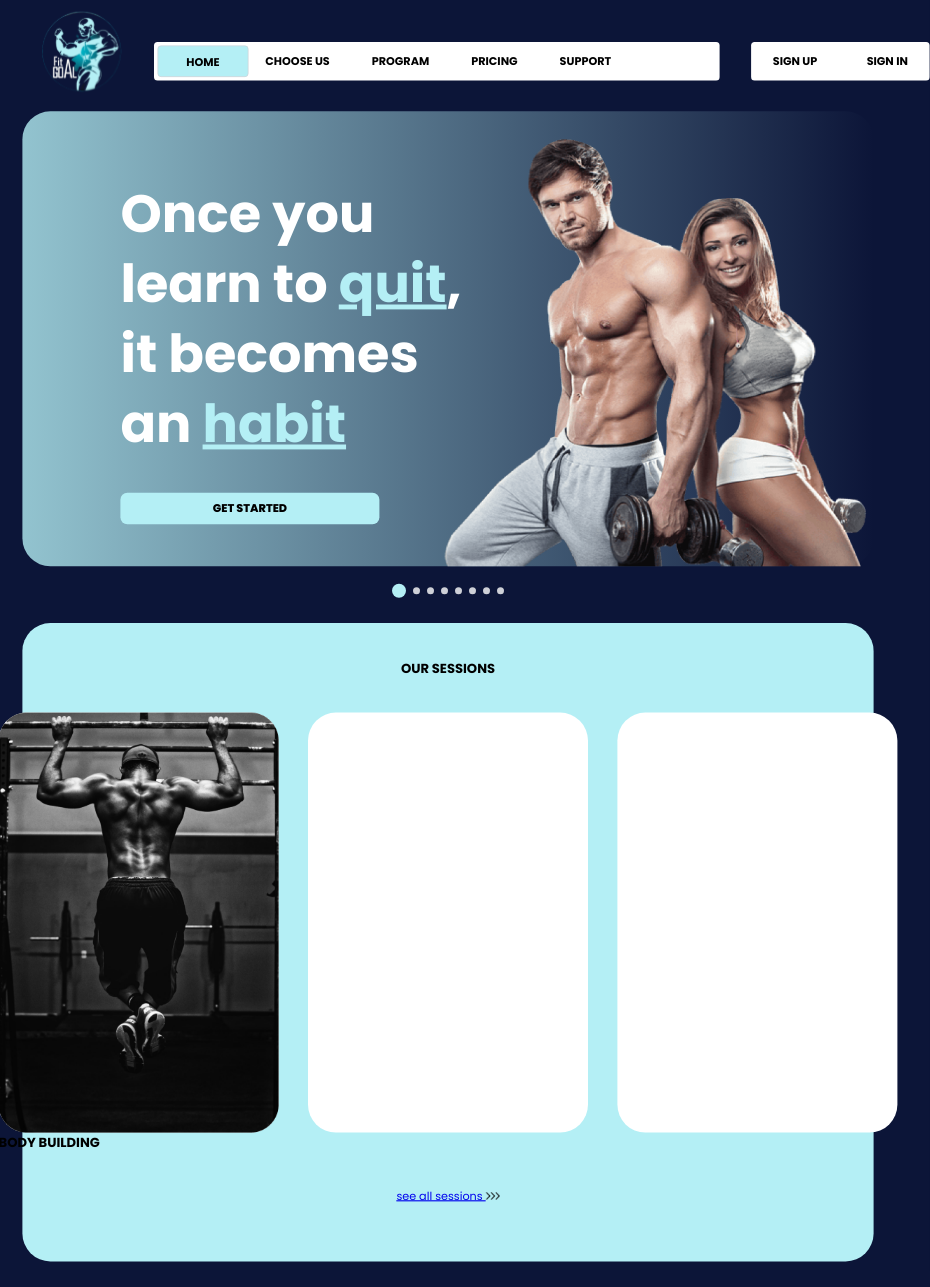
Repository: Rellzcodez/Group1-Team8
Page: index.html
An editor plug-in stored every save of this project. The page is shown before and after a run of saves, followed by the edit.
The browser window is 1280 px wide. The page is 1328 px wide, so the pictures cover 1328 px, including what lies to the right of the window. The pictures show the whole page, at 70% of full size.

Above is the page before, as saved 2022-08-29 11:53:43.

After the next 2 saves:
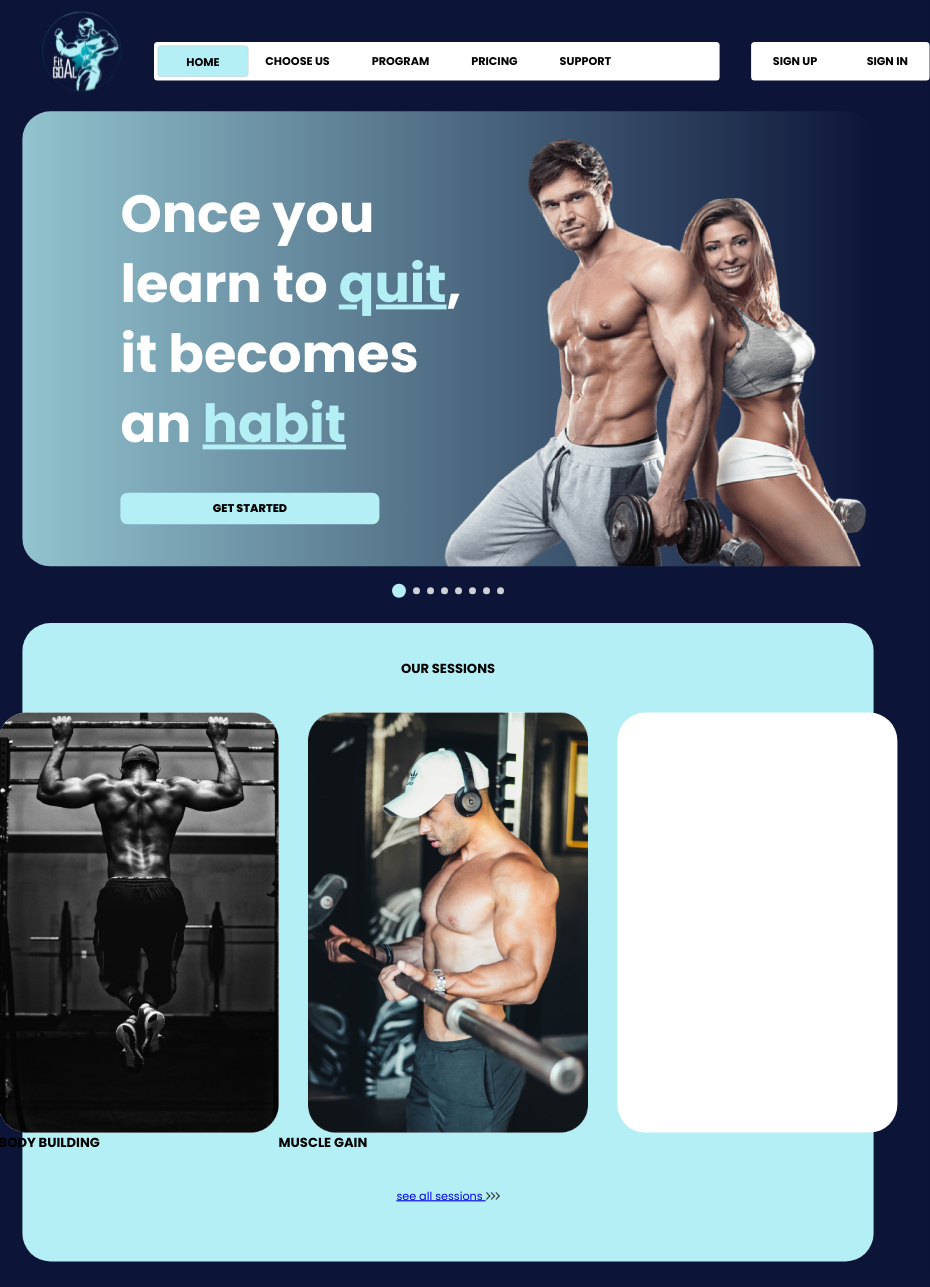
The 2 saves are shown as one change because they came seconds apart.
The last was saved 49 min 14 s later.
--- a/index.html
+++ b/index.html
@@ -79,7 +79,15 @@
                     <label class="body-building-lable" for="section"><h3>BODY BUILDING</h3></label>
 
                 </div>
-                    <div class="muscle-gain session-item"></div>
+
+                    <div class="muscle-gain-wrapper">
+                    <div class="muscle-gain session-item">
+                        <img src="images/muscle-gain-sess.png" alt="muscle-gain">
+                    </div>
+                    <label class="muscle-gain-label" for="section"><h3>MUSCLE GAIN</h3></label>
+                </div>
+
+
                     <div class="weight-loss session-item"></div>
                 </div>
                 <label class="see-all-session-lable" for="section"><a href="#"><u>see all sessions <span class="arrow-vector"><img src="images/arrow-vector.png" alt="arrow" width="20px"></span></u></a></label>
@@ -88,6 +96,8 @@
         </div>
 
         </main>
+
+        <!--  -->
         <footer class="footer">
 
         </footer>
